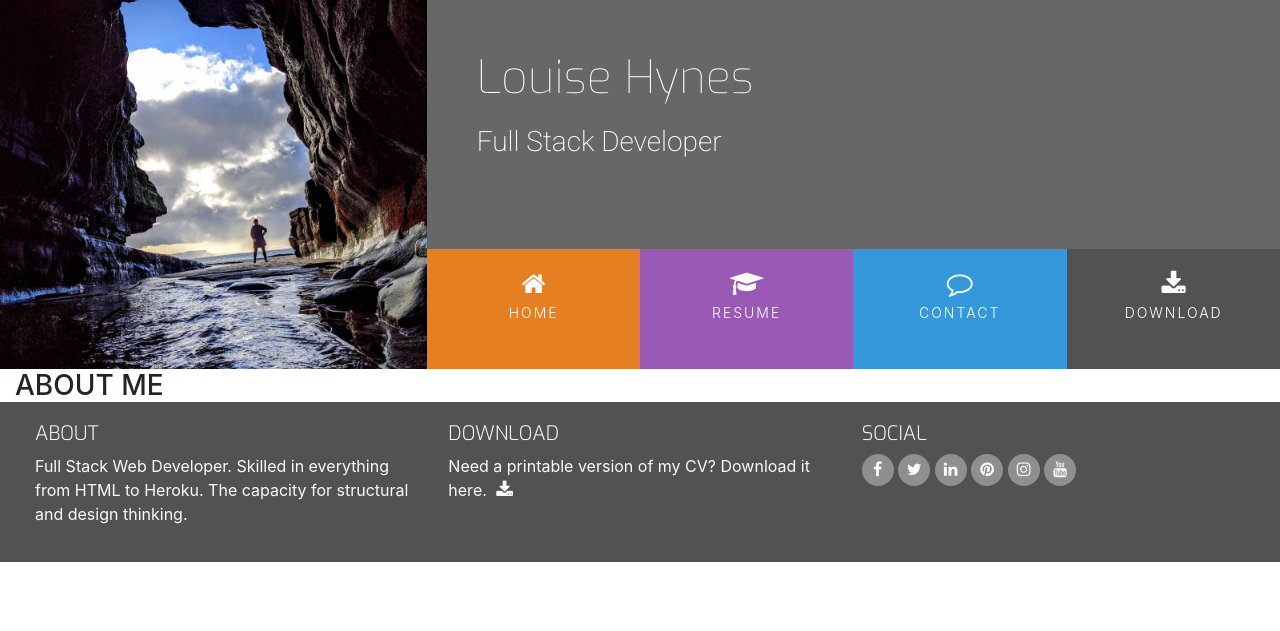
Repository: lhynes/Mini-Project-Resume
Page: index.html
The author's editor kept a record of every edit. The page is drawn from the files as they stood at one moment, then again after the next edit.
The browser window is 1280 px wide. The pictures show the whole page.

Above is the page before.

### index.html
<!DOCTYPE html>
<html lang="en">

<head>
    <meta charset="UTF-8">
    <meta name="viewport" content="width=device-width, initial-scale=1.0">
    <meta http-equiv="X-UA-Compatible" content="ie=edge">
    <!--access exrtenal links - bootstrap cdn - https://www.bootstrapcdn.com/-->
    <link rel="stylesheet" href="https://stackpath.bootstrapcdn.com/bootstrap/4.3.1/css/bootstrap.min.css" type="text/css" />
    <!--access exrtenal links - fontAwesome cdn - https://www.bootstrapcdn.com/-->
    <link rel="stylesheet" href="https://stackpath.bootstrapcdn.com/font-awesome/4.7.0/css/font-awesome.min.css" type="text/css" />
    <link rel="stylesheet" href="assets/css/style.css" type="text/css" />
    <link rel="stylesheet" href="https://cdnjs.cloudflare.com/ajax/libs/hover.css/2.3.1/css/hover-min.css" type="text/css" />
    <title>Louise</title>
</head>

<body>
    <header>
        <div class="row no-gutters">
            <a class="col-md-4 logo" href="index.html"></a>
            <div class="col-md-8">
                <div class="row no-gutters bg-color-name-title">
                    <div class="col heading">
                        <h1 class="name">Louise Hynes</h1>
                        <h2 class="title">Full Stack Developer</h2>
                    </div>
                </div>
                <div class="row no-gutters">
                    <div class="col">
                        <ul id="nav" class="list-inline menucontainer">
                            <li class="col-6 col-sm-3 ui-menu-color-home list-inline-item menuitem">
                                <a href="#" class="hvr-sweep-to-bottom"><i class="fa fa-home" aria-hidden="true"></i><span>Home</span></a>
                            </li>

                            <li class="col-6 col-sm-3 ui-menu-color-resume list-inline-item menuitem">
                                <a href="#" class="hvr-sweep-to-bottom"><i class="fa fa-graduation-cap" aria-hidden="true"></i><span>Resume</span></a>
                            </li>

                            <li class="col-6 col-sm-3 ui-menu-color-contact list-inline-item menuitem">
                                <a href="#" class="hvr-sweep-to-bottom"><i class="fa fa-comment-o" aria-hidden="true"></i><span>Contact</span></a>
                            </li>
                            <li class="col-6 col-sm-3 ui-menu-color-download list-inline-item menuitem">
                                <a href="#" class="hvr-sweep-to-bottom"><i class="fa fa-download" aria-hidden="true"></i><span>Download</span></a>
                            </li>
                        </ul>
                    </div>
                </div>
            </div>
        </div>
    </header>
    <!--main section-->
    <section class="container-fluid">
        <div class="row row-table"> <!--allow us to create a table structure so that our columns will remain the same height, regardless of content-->
        <!--he row-table class specifies the use of a table whereas section-column specifies the use of a table cell, which will give us evenly sized columns in terms of height.-->
            <div class="col-md-8 bg-color-three-reasons section-column">
                <div class="row">
                    <div class="col"> <!-- will take up the space available-->
                        <h3 class="section-heading uppercase">About Me</h3>
                    </div>
                </div>
            </div>
        </div>

    </section>

    <!--Footer section-->
    <footer class="container-fluid">
        <!--full width flexible container-->
        <div id="footer-details" class="row">
            <div class="col-sm-4">
                <h5 class="uppercase general-sub">About</h5>
                <p class="inline-block">
                    Full Stack Web Developer. Skilled in everything from HTML to Heroku. The capacity for structural and design thinking.


                </p>
            </div>
            <div class="col-sm-4">
                <h5 class="uppercase general-sub">Download</h5>
                <p class="inline-block">
                    Need a printable version of my CV? Download it here.
                    <a href="#" target="_blank" class="cv-pdf">
                        <!-- _blank used to open in a new tab-->
                        <i class="fa fa-download" aria-hidden="true"></i>
                        <span class="sr-only">Download link.</span>
                    </a>
                </p>
            </div>
            <div class="col-sm-4">
                <h5 class="uppercase general-sub">Social</h5>
                <ul class="list-inline social-links">
                    <li class="list-inline-item">
                        <!-- every list-inline in boostrap needs a list-inline item-->
                        <a target="_blank" href="#">
                            <i class="fa fa-facebook" aria-hidden="true"></i>
                            <span class="sr-only">Facebook</span>
                        </a>
                    </li>
                    <li class="list-inline-item">
                        <a target="_blank" href="#">
                            <i class="fa fa-twitter" aria-hidden="true"></i>
                            <span class="sr-only">Twitter</span>
                        </a>
                    </li>
                    <li class="list-inline-item">
                        <a target="_blank" href="#">
                            <i class="fa fa-linkedin" aria-hidden="true"></i>
                            <span class="sr-only">LinkedIn</span>
                        </a>
                    </li>
                    <li class="list-inline-item">
                        <a target="_blank" href="#">
                            <i class="fa fa-pinterest" aria-hidden="true"></i>
                            <span class="sr-only">Pinterest</span>
                        </a>
                    </li>
                    <li class="list-inline-item">
                        <a target="_blank" href="#">
                            <i class="fa fa-instagram" aria-hidden="true"></i>
                            <span class="sr-only">Instagram</span>
                        </a>
                    </li>
                    <li class="list-inline-item">
                        <a target="_blank" href="#">
                            <i class="fa fa-youtube" aria-hidden="true"></i>
                            <span class="sr-only">YouTube</span>
                        </a>
                    </li>
                </ul>
            </div>

        </div>

    </footer>
</body>

</html>

### assets/css/style.css
@import url('https://fonts.googleapis.com/css?family=Roboto:100,200,300,400,500,600,700|Exo:100,200,300,400,500,600,700');

/*-----------------------------------Colours */

.bg-color-name-title {
    background-color: #676767;
    color: #ffffff;
}

.bg-color-three-reasons{
    background-color: #fff;

}

.ui-menu-color-home {
    background-color: #e67e22
}

.ui-menu-color-resume {
    background-color: #9b59b6
}

.ui-menu-color-contact {
    background-color: #3498db
}

.ui-menu-color-download {
    background-color: #525252
}



/*-----------------------------------Special paddings/margins/text - General CSS area used more than once through out the site */

.uppercase {
    text-transform: uppercase;
}

.general-sub {
    font-family: "Exo", sans-serif;
    font-weight: 300;
    color: #fafafa;

}

h1,
h2,
h3,
h4 {
    margin: 0;
}

.inline-block {
    display: inline-block;

}



/*-----------------------------------Heading */

header {
    margin: 0;
}

.heading {
    margin-left: 50px;
}

.logo {
    background: url("../images/louise.jpg");
    background-position: center;
    background-repeat: no-repeat;
    background-size: cover;
    min-height: 360px;
    transition: all .5s ease-in-out;
    -moz-transition: all .5s ease-in-out;
    -webkit-transition: all .5s ease-in-out;
}

.name {
    font-family: "Exo", sans-seriif;
    font-weight: 100;
    font-size: 46px;
    margin-top: 50px;
    color: #ffffff;
}

.title {
    font-family: "Roboto", sans-seriif;
    font-weight: 200;
    font-size: 28px;
    margin-top: 20px;
    margin-bottom: 90px;
    color: #ffffff;
}

.list-inline-item:not(:last-child) {
    margin: 0;
}

.menucontainer {
    font-size: 0;
}


#nav {
    margin: 0;
}

#nav li {
    font-size: 14px;
    padding: 0;
}

.menuitem {
    height: 120px;
    /*profile image is 360 in total*/
    text-align: center;
    padding: 0;
}

.menuitem a {
    width: 100%;
    color: #ffffff;
    text-decoration: none;
    height: 120px;
}

.menuitem a i {
    padding-top: 22px;
    display: block;
    color: #fafafa;
    font-size: 26px;
}

.menuitem span {
    display: block;
    width: 100%;
    padding-top: 5px;
    text-align: center;
    text-transform: uppercase;
    font-size: 14px;
    font-weight: 300;
    letter-spacing: 2px;
}




/*-----------------------------------Hover.css */

/*background color is set in the before*/

.hvr-sweep-to-bottom:before {
    background: rgba(0, 0, 0, 0.2) !important;
    height: 120px;
}


/*-----------------------------------Footer styles */

footer {
    background-color: #525252;
    color: #fafafa;
    min-height: 120px;
    margin: 0;
}


.cv-pdf i {
    font-size: 18px;
    color: #fafafa;
    text-align: center;
    padding-left: 5px;
    transition: all 0.35s ease-in-out;
    /* put in parent element*/
    -moz-transition: all 0.35s ease-in-out;
    -webkit-transition: all 0.35s ease-in-out;
    -o-transition: all 0.35s ease-in-out;
}

.cv-pdf i:hover {
    color: #e84610;
}


.social-links {
    padding-bottom: 15px;
}

.social-links li a i {
    width: 32px;
    height: 32px;
    padding: 12px 0;
    border-radius: 50%;
    line-height: 7px;
    text-align: center;
    color:#fafafa;
    background:#8f8f8f;
    -moz-transition: all 0.35s ease-in-out;
    -webkit-transition: all 0.35s ease-in-out;
    -o-transition: all 0.35s ease-in-out;
}

.social-links li a i:hover {
    background-color: #e84610;
}

#footer-details{
    padding:20px;
}

After the next edit:
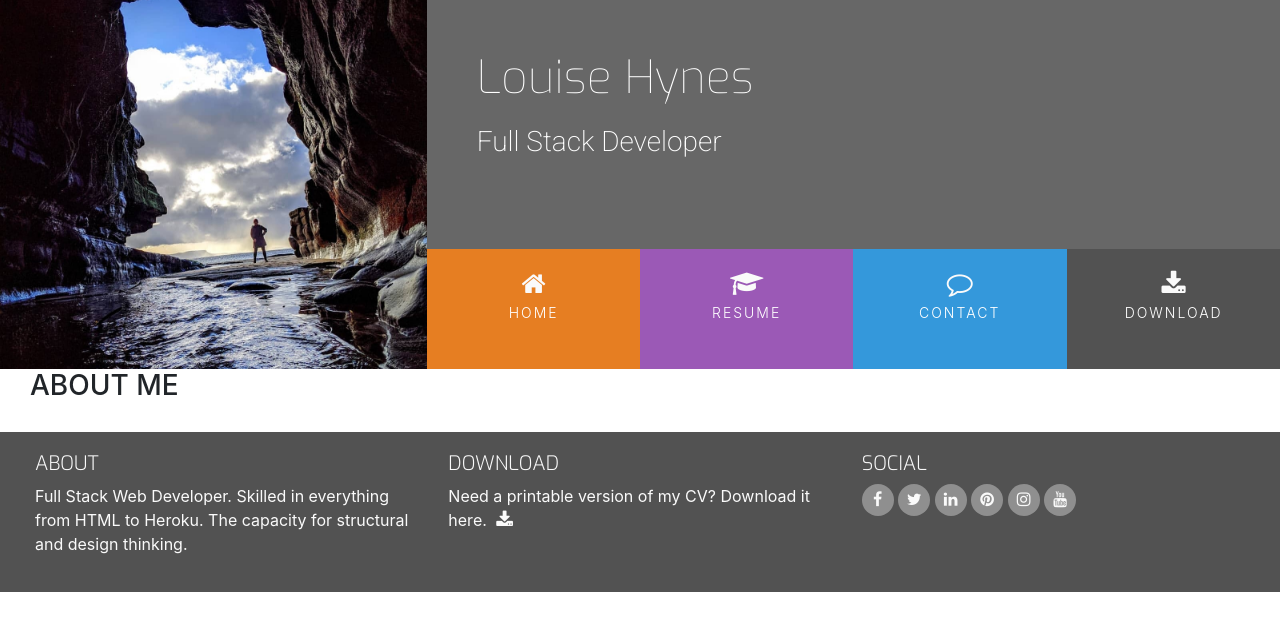
The edit:
--- a/assets/css/style.css
+++ b/assets/css/style.css
@@ -55,6 +55,17 @@
 
 }
 
+ .row-table{
+     display: table;
+
+ }
+
+ .section-column{
+     display: table-cell;
+     padding:0 30px 30px
+
+
+ }
 
 
 /*-----------------------------------Heading */
